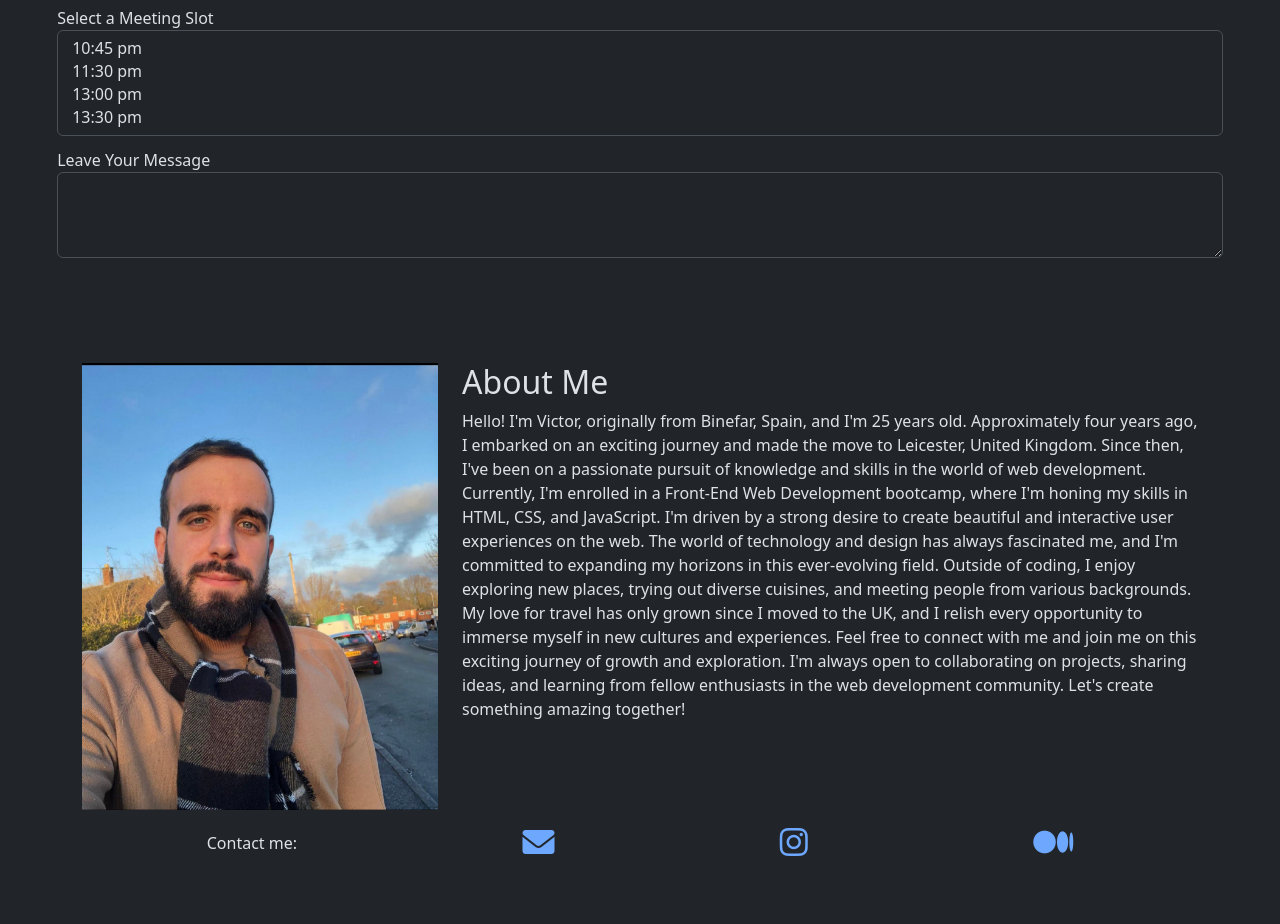
Repository: uvee35/Bootstrap-Portfolio
Page: index.html
These files come from the project's save history. The page is drawn as it stood at one moment and after the next save; the edit follows.
The browser window is 1280 px wide. The pictures show the part of the page from y = 1779 to 2731 px (the page is 2703 px tall before and 2731 px after).
A picture or video elsewhere on the page could not be fetched, so the positions and the page height are approximate.

Above is the page before, as saved 2023-12-18 21:31:14.

### index.html
<!DOCTYPE html>
<html lang="en" data-bs-theme="dark">
  <head>
    <meta charset="utf-8" />
    <meta name="viewport" content="width=device-width, initial-scale=1" />
    <title>Bootstrap demo</title>
    <link
      href="https://cdn.jsdelivr.net/npm/bootstrap@5.3.2/dist/css/bootstrap.min.css"
      rel="stylesheet"
      integrity="sha384-T3c6CoIi6uLrA9TneNEoa7RxnatzjcDSCmG1MXxSR1GAsXEV/Dwwykc2MPK8M2HN"
      crossorigin="anonymous"
    />
    <link rel="stylesheet" href="./css/style.css" />
    <link
      rel="stylesheet"
      href="https://cdnjs.cloudflare.com/ajax/libs/font-awesome/5.15.4/css/all.min.css"
    />
    <link
      href="https://cdnjs.cloudflare.com/ajax/libs/font-awesome/6.0.0-beta3/css/all.min.css"
      rel="stylesheet"
    />
  </head>
  <body>
    <!-- Navbar -->
    <nav class="navbar navbar-expand-lg navbar-light bg-dark">
      <div class="container-fluid">
        <!-- Brand/logo -->
        <a class="navbar-brand" href="#home">Victor Marques</a>
        <i class="fab fa-html5"></i>

        <!-- Toggle button for small screens -->
        <button
          class="navbar-toggler"
          type="button"
          data-bs-toggle="collapse"
          data-bs-target="#navbarNavAltMarkup"
          aria-controls="navbarNavAltMarkup"
          aria-expanded="false"
          aria-label="Toggle navigation"
        >
          <span class="navbar-toggler-icon"></span>
        </button>

        <!-- Navbar links -->
        <div
          class="collapse navbar-collapse justify-content-end"
          id="navbarNavAltMarkup"
        >
          <div class="navbar-nav">
            <a class="nav-link" href="#about-me">About Me</a>
            <a class="nav-link" href="#work">Work</a>
            <a class="nav-link" href="#skills">Skills</a>
            <a class="nav-link" href="#contact-me">Contact</a>
          </div>
        </div>
      </div>
    </nav>

    <!-- Hero Section -->
    <section class="hero-section bg-dark text-center py-5" id="hero">
      <div class="container">
        <img
          src="./css/images/victor.JPG"
          alt="Your Name"
          class="rounded-circle mb-3"
          style="width: 150px; height: 150px"
        />
        <h1 class="display-4">Victor Marques</h1>
        <p class="lead">Front-end Developer | Creative Designer</p>
        <p>
          Welcome to my professional portfolio. Here you can find a showcase of
          my work, projects I've contributed to, and the skills I bring to the
          table.
        </p>
      </div>
      <a href="#contact-me" class="btn btn-primary btn-lg">Let's Talk</a>
      <a href="#skills" class="btn btn-secondary btn-lg">My Skills</a>

    </section>

    <!-- Cards -->
    <div class="container-fluid" id="work">
      <div class="row">
        <h1 class="col-12" id="work-text">My Portfolio</h1>
        <!-- Card 1 -->
        <div class="cardContainer col-lg-3 col-md-3 col-sm-6 padding-top">
          <div class="card">
            <img
              src="./css/images/card1photo.png"
              class="card-img-top"
              alt="..."
            />
            <div class="card-body">
              <h4 class="card-title">Horiseon Website</h4>
              <p class="card-text">
                Horiseon is a website crafted with HTML and CSS, focusing on
                accessibility and search engine optimization...
              </p>
              <a
                href="https://uvee35.github.io/Victor-Module1Challenge/"
                class="btn btn-primary"
                >See Live Demo</a
              >
            </div>
          </div>
        </div>
        <!-- End card 1 -->

        <!-- Card 2 -->
        <div class="cardContainer col-lg-3 col-md-3 col-sm-6">
          <div class="card">
            <img src="./css/images/card2.png" class="card-img-top" alt="..." />
            <div class="card-body">
              <h4 class="card-title">Portfolio</h4>
              <p class="card-text">
                This portfolio website, built using HTML, CSS, and Flexbox,
                features a modern and responsive design...
              </p>
              <a
                href="https://uvee35.github.io/Challenge2-Victor/."
                class="btn btn-primary"
                >See Live Demo</a
              >
            </div>
          </div>
        </div>
        <!-- End card 2 -->

        <!-- Card 3 -->
        <div class="cardContainer col-lg-3 col-md-3 col-sm-6">
          <div class="card">
            <img src="./css/images/card3.png" class="card-img-top" alt="..." />
            <div class="card-body">
              <h4 class="card-title">NiceAdmin</h4>
              <p class="card-text">
                NiceAdmin is a website designed using HTML, CSS, and Bootstrap,
                offering a user-friendly admin and dashboard interface...
              </p>
              <a
                href="https://bootstrapmade.com/demo/NiceAdmin/"
                class="btn btn-primary"
                >See Live Demo</a
              >
            </div>
          </div>
        </div>
        <!-- End card 3 -->
        <!-- Card 4 -->
        <div class="cardContainer col-lg-3 col-md-3 col-sm-6">
          <div class="card">
            <img src="./css/images/card4.png" class="card-img-top" alt="..." />
            <div class="card-body">
              <h4 class="card-title">EstateAgency</h4>
              <p class="card-text">
                EstateAgency is a sleek, Bootstrap-based real estate website
                template, ideal for agencies and realtors...
              </p>
              <a
                href="https://bootstrapmade.com/demo/EstateAgency/"
                class="btn btn-primary"
                >See Live Demo</a
              >
            </div>
          </div>
        </div>
        <!-- End card 4 -->
      </div>
    </div>
    <!-- End cards -->

    <!-- Skills Section -->

    <div class="container-fluid" id="skills">
      <div class="row mb-4">
        <h2 class="col-12" style="text-align: center; padding-top: 20px">
          My Skills
        </h2>
      </div>

      <div class="container">
        <div class="row align-items-center mb-2">
          <div class="col-md-3">
            <span class="badge text-bg-primary">HTML5</span>
          </div>
          <div class="col-md-9">
            <div
              class="bg-primary"
              style="width: 70%; height: 20px; text-align: center"
            >
              70%
            </div>
          </div>
        </div>
        <div class="row align-items-center mb-2">
          <div class="col-md-3">
            <span class="badge text-bg-secondary">CSS</span>
          </div>
          <div class="col-md-9">
            <div
              class="bg-secondary"
              style="width: 70%; height: 20px; text-align: center"
            >
              70%
            </div>
          </div>
        </div>
        <div class="row align-items-center mb-2">
          <div class="col-md-3">
            <span class="badge text-bg-success">Flexbox</span>
          </div>
          <div class="col-md-9">
            <div
              class="bg-success"
              style="width: 85%; height: 20px; text-align: center"
            >
              85%
            </div>
          </div>
        </div>
        <div class="row align-items-center mb-2">
          <div class="col-md-3">
            <span class="badge text-bg-danger">Responsive Design</span>
          </div>
          <div class="col-md-9">
            <div
              class="bg-danger"
              style="width: 75%; height: 20px; text-align: center"
            >
              75%
            </div>
          </div>
        </div>
        <div class="row align-items-center mb-2">
          <div class="col-md-3">
            <span class="badge text-bg-warning">UX Design</span>
          </div>
          <div class="col-md-9">
            <div
              class="bg-warning"
              style="width: 75%; height: 20px; text-align: center"
            >
              75%
            </div>
          </div>
        </div>

        <p style="padding-top: 35px">
          Percentages displayed alongside my skills reflect my current
          proficiency levels. While they indicate a strong foundation in HTML5,
          CSS, Flexbox, Responsive Design, and UX Design, they also suggest room
          for further growth. I am committed to continuous learning and daily
          practice to enhance these skills. My dedication to staying updated
          with the latest industry standards and best practices ensures that I
          am always improving and ready to tackle new challenges in the
          ever-evolving field of web development.
        </p>
      </div>
    </div>

    <!-- Contact Me -->
    <div class="container-fluid" id="contact-me">

    <form style="padding: 3%" style="display: flex; justify-content: center">
      <h3>Contact Me</h3>
      <div class="form-group" style="padding-top: 2%">
        <label for="exampleFormControlInput1">Email address</label>
        <input
          type="email"
          class="form-control"
          id="exampleFormControlInput1"
          placeholder="name@example.com"
        />
      </div>
      <div class="form-group" style="margin-top: 1%">
        <label for="exampleFormControlInput1">Name/Last Name</label>
        <input type="text" class="form-control" id="description" />
      </div>
      <div class="form-group" style="margin-top: 1%">
        <label for="exampleFormControlSelect2">Select a Meeting Slot</label>
        <select multiple class="form-control" id="exampleFormControlSelect2">
          <option>10:45 pm</option>
          <option>11:30 pm</option>
          <option>13:00 pm</option>
          <option>13:30 pm</option>
        </select>
      </div>
      <div class="form-group" style="margin-top: 1%">
        <label for="exampleFormControlTextarea1">Leave Your Message</label>
        <textarea
          class="form-control"
          id="exampleFormControlTextarea1"
          rows="3"
        ></textarea>
      </div>
    </div>
    </form>

    <!-- About Me Section -->
<section class="container my-5" id="about-me">
  <div class="row">

      <div class="col-lg-4">
          <img src="./css/images/victor2.jpg" alt="Victor" class="img-fluid square">
      </div>

      <div class="col-lg-8">
          <h2>About Me</h2>
          <p>Hello! I'm Victor, originally from Binefar, Spain, and I'm 25 years old. Approximately four years ago, I embarked on an exciting journey and made the move to Leicester, United Kingdom. Since then, I've been on a passionate pursuit of knowledge and skills in the world of web development.

            Currently, I'm enrolled in a Front-End Web Development bootcamp, where I'm honing my skills in HTML, CSS, and JavaScript. I'm driven by a strong desire to create beautiful and interactive user experiences on the web. The world of technology and design has always fascinated me, and I'm committed to expanding my horizons in this ever-evolving field.

            Outside of coding, I enjoy exploring new places, trying out diverse cuisines, and meeting people from various backgrounds. My love for travel has only grown since I moved to the UK, and I relish every opportunity to immerse myself in new cultures and experiences.

            Feel free to connect with me and join me on this exciting journey of growth and exploration. I'm always open to collaborating on projects, sharing ideas, and learning from fellow enthusiasts in the web development community. Let's create something amazing together!</p>

  </div>

<footer class="container-fluid text-center py-3" id="footer">
  <div class="container">
      <div class="footer__contact-info">
          <span class="footer__contact-header">Contact me:</span>
          <a href="mailto:victormarquesrina@hotmail.com" class="contact-link">
              <i class="fas fa-envelope social-icon"></i><span></span>
          </a>
          <a href="https://www.instagram.com/Uvee35" class="contact-link">
              <i class="fab fa-instagram social-icon"></i><span></span>
          </a>
          <a href="https://medium.com/@victor5.vm58" class="contact-link">
              <i class="fab fa-medium social-icon"></i><span></span>
          </a>
      </div>
  </div>
</footer>
</section>


    <script
      src="https://cdn.jsdelivr.net/npm/bootstrap@5.3.2/dist/js/bootstrap.bundle.min.js"
      integrity="sha384-C6RzsynM9kWDrMNeT87bh95OGNyZPhcTNXj1NW7RuBCsyN/o0jlpcV8Qyq46cDfL"
      crossorigin="anonymous"
    ></script>
  </body>
</html>

### css/style.css
.hero-section {
    background-color: #121212; /* Dark background color */
    color: #ffffff; /* White text color for contrast */
    position: relative; /* Position relative for absolute positioning of buttons */
    z-index: 1; /* Ensure the layering is correct */
  }


  .hero-buttons {
    position: absolute;
    bottom: 20px;
    left: 50%;
    transform: translateX(-50%); /* Center the buttons */
    z-index: 2; /* Above the background image */
  }

  /* If you have a specific background image you want to use */
  .hero-section {
    background-image: url('./images/planet-1702788_1920.jpg');
    background-size: cover;
    background-position: center;
  }

  #Skills {
    border: 1px solid #ccc;
    border-radius: 5px;
    padding: 20px;
  }

  #work{
    border: 1px solid none;
    border-radius: 5px;
    padding: 20px;
  }

.col-12{
text-align: center;
 padding-top: 5px;
 padding-bottom: 2%;
}

#contact-me{
  border: 1px solid none;
    border-radius: 5px;
    padding: 20px;
}
.footer {
  background-color: #333;
  color: white;
  text-align: center;
  padding: 1rem 0;
  display: flex;
  justify-content: space-around;
  align-items: center;
  margin-bottom: auto;
  border-radius: 5px;
}
.footer__contact-info {
  display: flex;
  justify-content: space-around;
  align-items: center;
  width: 100%;
}
.social-icon {
  font-size: 2rem;
  color: var(--accent-color);
}

After the next save:
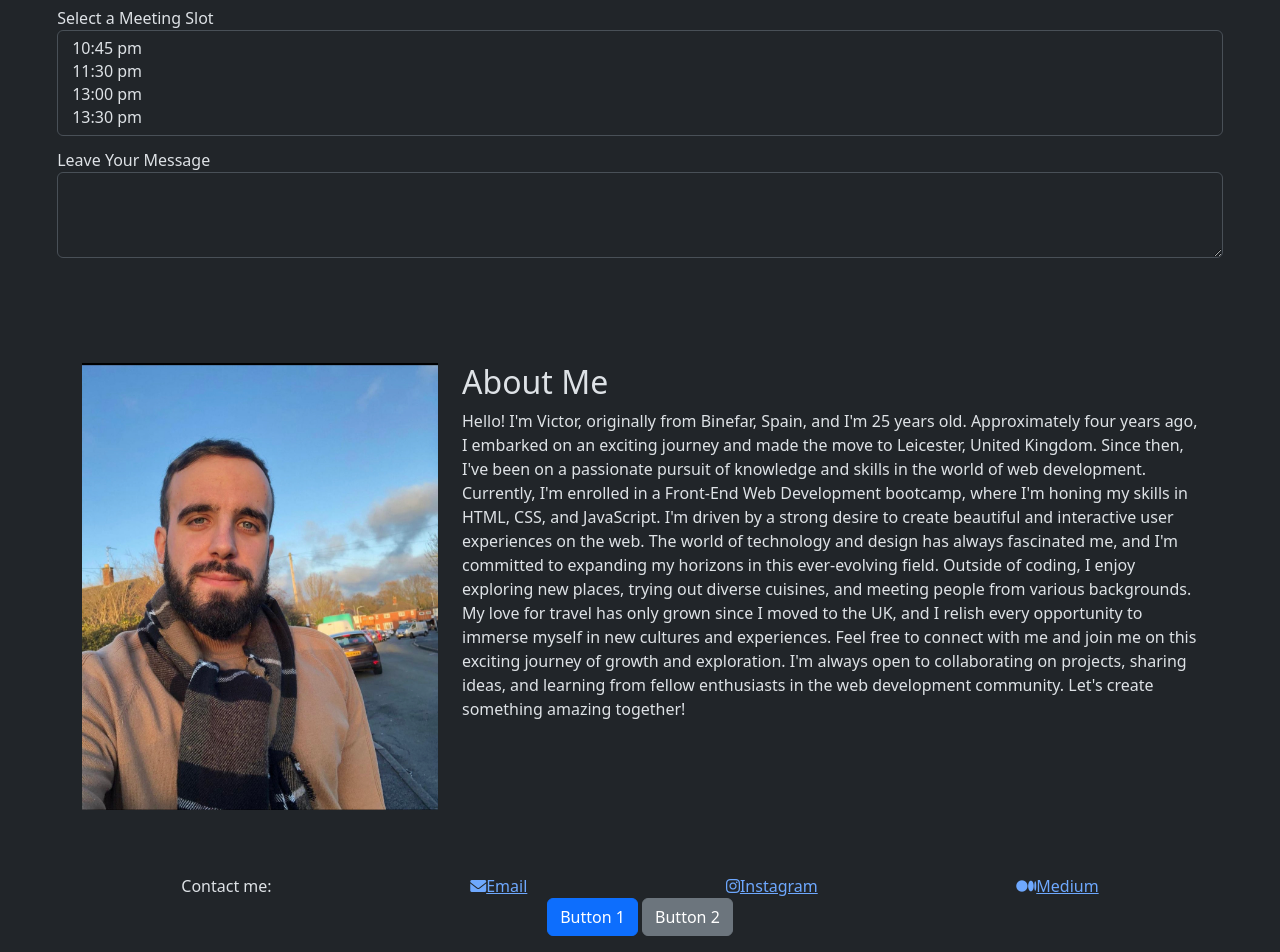
Saved 3 min 50 s later.
--- a/index.html
+++ b/index.html
@@ -314,24 +314,29 @@
             Feel free to connect with me and join me on this exciting journey of growth and exploration. I'm always open to collaborating on projects, sharing ideas, and learning from fellow enthusiasts in the web development community. Let's create something amazing together!</p>
 
   </div>
+</section>
 
 <footer class="container-fluid text-center py-3" id="footer">
   <div class="container">
       <div class="footer__contact-info">
           <span class="footer__contact-header">Contact me:</span>
           <a href="mailto:victormarquesrina@hotmail.com" class="contact-link">
-              <i class="fas fa-envelope social-icon"></i><span></span>
+              <i class="fas fa-envelope"></i><span>Email</span>
           </a>
           <a href="https://www.instagram.com/Uvee35" class="contact-link">
-              <i class="fab fa-instagram social-icon"></i><span></span>
+              <i class="fab fa-instagram"></i><span>Instagram</span>
           </a>
           <a href="https://medium.com/@victor5.vm58" class="contact-link">
-              <i class="fab fa-medium social-icon"></i><span></span>
+              <i class="fab fa-medium"></i><span>Medium</span>
           </a>
+      </div>
+      <div class="footer__buttons">
+          <button class="btn btn-primary">Button 1</button>
+          <button class="btn btn-secondary">Button 2</button>
       </div>
   </div>
 </footer>
-</section>
+
 
 
     <script
